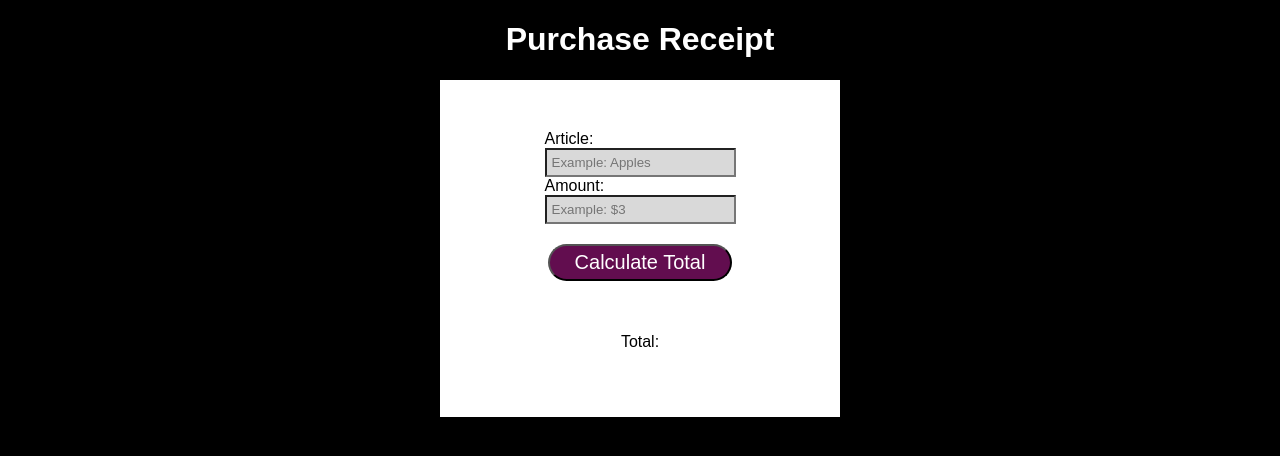
Repository: cokoduwa/js-study-group
Page: exercises/01/index.html
An editor plug-in stored every save of this project. The page is shown before and after the next save, followed by the edit.
The browser window is 1280 px wide. The pictures show the whole page.

Above is the page before, as saved 2023-02-14 21:50:25.

After the next save:
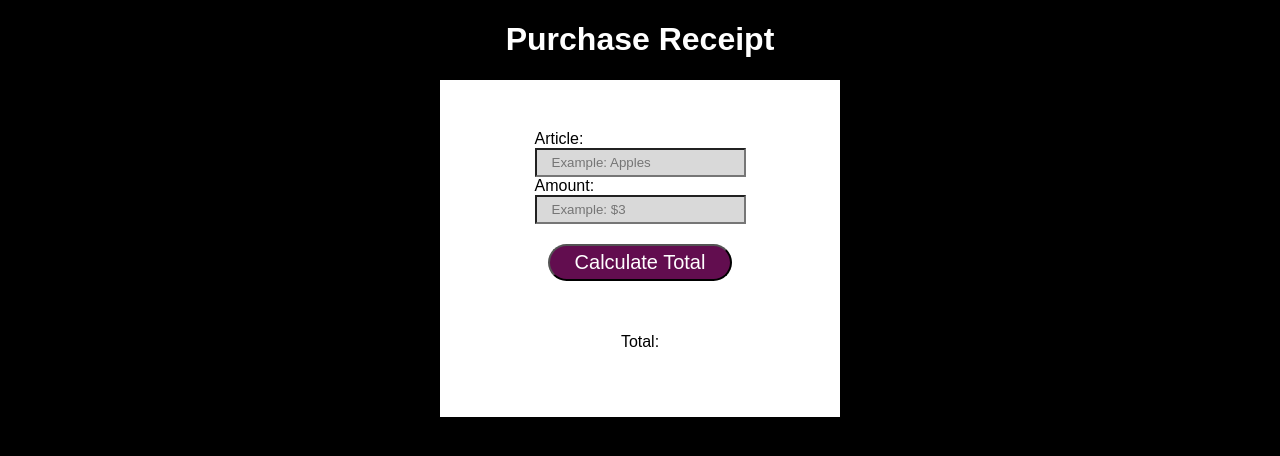
Saved 9 s later.
--- a/exercises/01/index.css
+++ b/exercises/01/index.css
@@ -20,7 +20,7 @@ h1 {
 
 input {
     background-color: #D9D9D9;
-    padding: 5px ;
+    padding: 5px 15px ;
 }
 
 button {
